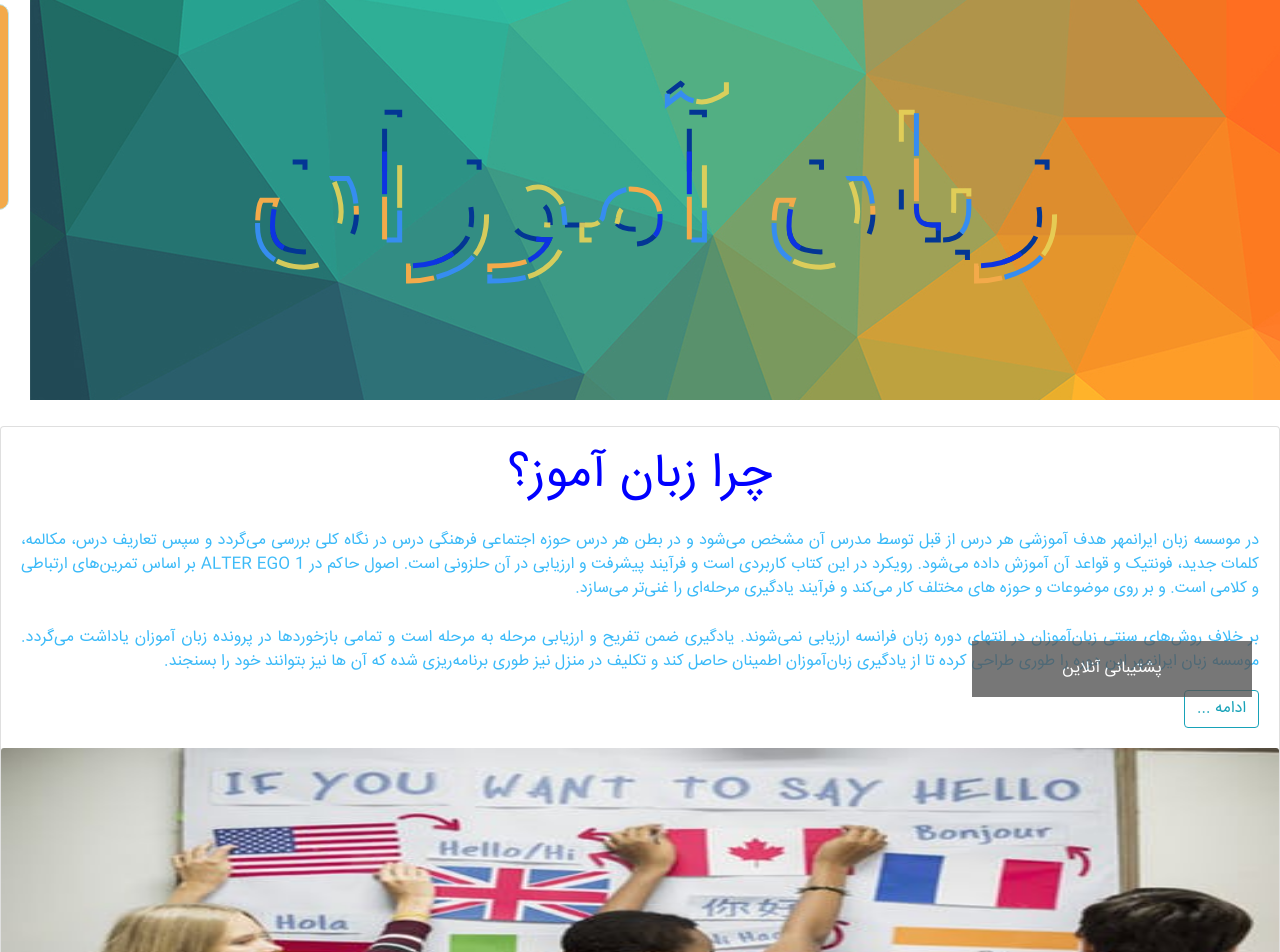
Repository: nikmahla/ZabanAmozan
Page: LanguageWebSite.html
An editor plug-in stored every save of this project. The page is shown before and after the next save, followed by the edit.
The browser window is 1280 px wide. The pictures show the part of the page from y = 0 to 952 px (the page is 3961 px tall).
A picture or video elsewhere on the page could not be fetched, so the positions and the page height are approximate.

Above is the page before, as saved 2019-10-11 22:44:37.

### LanguageWebSite.html
<html lang="en">

<head>
    <meta charset="UTF-8">
    <meta name="viewport" content="width=device-width, initial-scale=1.0">
    <meta http-equiv="X-UA-Compatible" content="ie=edge">
    <link rel="stylesheet" href="css/bootstrap.css">
    <link rel="stylesheet" href="css/stylesheet.css">
    <link rel="shortcut icon" href="images/fav.jpg" title="favicon">
    <script src="jquery.min.js"></script>
    <title>Learn New Language</title>
</head>

<body class="container-fluid">

    <div class="row bg-image">
        <svg viewBox="0 0 960 300">
            <symbol id="s-text">
                <text text-anchor="middle" x="50%" y="80%"> زبان آموزان</text>
            </symbol>

            <g class="g-ants">
                <use xlink:href="#s-text" class="text-copy"></use>
                <use xlink:href="#s-text" class="text-copy"></use>
                <use xlink:href="#s-text" class="text-copy"></use>
                <use xlink:href="#s-text" class="text-copy"></use>
                <use xlink:href="#s-text" class="text-copy"></use>
            </g>
        </svg>
    </div>

    <div id="alert" class="alert alert-info p-1 m-1">
        <p class="text-center">به سایت زبان‌آموزان خوش آمدید...</p>
    </div>

    <div class="row">
        <div class="card  " style="margin-top: 2%">
            <div class="card-body">
                <h5 class="card-title card-title-me"> چرا زبان آموز؟ </h5>
                <p class="card-body-me">در موسسه زبان ایرانمهر هدف آموزشی هر درس از قبل توسط مدرس آن مشخص می‌شود و در
                    بطن هر
                    درس حوزه اجتماعی فرهنگی درس در نگاه کلی بررسی می‌گردد و سپس تعاریف درس، مکالمه، کلمات جدید، فونتیک و
                    قواعد آن آموزش داده می‌شود. رویکرد در این کتاب کاربردی است و فرآیند پیشرفت و ارزیابی در آن حلزونی
                    است.
                    اصول حاکم در ALTER EGO 1 بر اساس تمرین‌های ارتباطی و کلامی است. و بر روی موضوعات و حوزه های مختلف
                    کار
                    می‌کند و فرآیند یادگیری مرحله‌‌ای را غنی‌تر می‌سازد.</p>
                <p class="card-body-me">
                    بر خلاف روش‌های سنتی زبان‌آموزان در انتهای دوره زبان فرانسه ارزیابی نمی‌شوند. یادگیری ضمن تفریح و
                    ارزیابی مرحله به مرحله است و تمامی بازخوردها در پرونده زبان آموزان یاداشت می‌گردد. موسسه زبان
                    ایرانمهر
                    این دوره را طوری طراحی کرده تا از یادگیری زبان‌آموزان اطمینان حاصل کند و تکلیف در منزل نیز طوری
                    برنامه‌ریزی شده که آن ها نیز بتوانند خود را بسنجند.
                </p>
                <button type="button" class="btn btn-outline-info">ادامه ...</button>

            </div>
            <img src="./images/fl031.jpg" class="card-img-top card-img" alt="">
        </div>
    </div>


    <div class="row ">
        <div class="col-md-6">
            <div class="videoplay ">
                <video class="img-fluid" autoplay="" loop="" playsinline="" muted="">
                    <source type="video/mp4" src="images/class03.mp4">
                </video>
            </div>
        </div>
        <div class="col-md-6 ">
            <h3 class="text-class">
                1.زمان مد نظرتو انتخاب کن
            </h3>
        </div>
    </div>

    <div class="row ">
        <div class="col-md-6 ">
            <h3 class="text-class">
                2.کلاستو انتخاب کن
            </h3>
        </div>
        <div class="col-md-6">
            <div class="videoplay ">
                <video class="img-fluid" autoplay="" loop="" playsinline="" muted="">
                    <source type="video/mp4" src="images/class031.mp4">
                </video>
            </div>
        </div>
    </div>

    <div class="row ">
        <div class="col-md-6">
            <div class="videoplay ">
                <video class="img-fluid" autoplay="" loop="" playsinline="" muted="">
                    <source type="video/mp4" src="images/class033.mp4">
                </video>
            </div>
        </div>
        <div class="col-md-6 ">
            <h3 class="text-class">
                3. برو کلاس
            </h3>
        </div>
    </div>

    <div class="row" style="margin-top:2% ">
        <div class="card card-box" style="width:30%">
            <img class="card-img-top" src="./images/cl8.jpg" alt="Card image">
            <div class="card-body">
                <h4 class="card-title">دوره های آموزش زبان فرانسه متوسطه بزرگسالان</h4>
                <p class="card-text">دوره های فشرده نیمه گروهی ( 6 تا 8 نفره )</p>
                <a href="#" class="btn btn-primary">مشاهده</a>
            </div>
        </div>

        <div class="card card-box" style="width:30%">
            <img class="card-img-top" src="./images/cl9.jpg" alt="Card image">
            <div class="card-body">
                <h4 class="card-title">دوره آموزش زبان فرانسه پیش متوسطه کودکان</h4>
                <p class="card-text">دوره زبان فرانسه پیش متوسطه کودکان (+A2)</p>
                <a href="#" class="btn btn-primary">مشاهده</a>
            </div>
        </div>

        <div class="card card-box" style="width:30%">
            <img class="card-img-top" src="./images/cl10.jpg" alt="Card image">
            <div class="card-body">
                <h4 class="card-title">دوره زبان فرانسه پیشرفته بزرگسالان</h4>
                <p class="card-text">دوره زبان فرانسه پیش متوسطه</p>
                <a href="#" class="btn btn-primary">مشاهده</a>
            </div>
        </div>
    </div>



    <div class="row bg">
        <h3 class="h1-list" data-shadow='dang!'>کلاسهای پاییز</h3>
    </div>



    <table class="table table-hover table-me">
        <thead>
            <tr>
                <th scope="col">#</th>
                <th scope="col">روزهای هفته</th>
                <th scope="col">کلاس</th>
                <th scope="col">استاد</th>
                <th> انتخاب</th>
            </tr>
        </thead>
        <tbody>
            <tr>
                <th scope="row">1</th>
                <td>شنبه</td>
                <td>زبان فرانسه</td>
                <td>دکتر رضایی</td>
                <td>
                    <button type="button" class="btn btn-outline-warning">مشاهده</button>
                </td>


            </tr>
            <tr>
                <th scope="row">2</th>
                <td>یکشنبه</td>
                <td>زبان فرانسه</td>
                <td>دکتر رضایی</td>
                <td>
                    <button type="button" class="btn btn-outline-warning">مشاهده</button>
                </td>

            </tr>
            <tr>
                <th scope="row">3</th>
                <td>دوشنبه</td>
                <td>زبان فرانسه</td>
                <td>دکتر رضایی</td>
                <td>
                    <button type="button" class="btn btn-outline-warning">مشاهده</button>
                </td>

            </tr>
            <tr>
                <th scope="row">4</th>
                <td>سه شنبه</td>
                <td>زبان فرانسه</td>
                <td>دکتر رضایی</td>
                <td>
                    <button type="button" class="btn btn-outline-warning">مشاهده</button>
                </td>
            </tr>
            <tr>
                <th scope="row">5</th>
                <td>چهارشنبه</td>
                <td>زبان فرانسه</td>
                <td>دکتر رضایی</td>
                <td>
                    <button type="button" class="btn btn-outline-warning">مشاهده</button>
                </td>
            </tr>
            <tr>
                <th scope="row">6</th>
                <td>پنجشنبه</td>
                <td>زبان فرانسه</td>
                <td>دکتر رضایی</td>
                <td>
                    <button type="button" class="btn btn-outline-warning">مشاهده</button>
                </td>

            </tr>
            <tr>
                <th scope="row">7</th>
                <td>جمعه</td>
                <td>زبان فرانسه</td>
                <td>دکتر رضایی</td>
                <td>
                    <button type="button" class="btn btn-outline-warning">مشاهده</button>
                </td>

            </tr>
        </tbody>
    </table>


    <button class="open-button" onclick="openForm()">پشتیبانی آنلاین</button>

    <div class="chat-popup" id="myForm">
        <form action="/action_page.php" class="form-container">
            <h5 class="text-right"> پشتیبانی زبان‌آموزان </h5>

            <label for="msg"><b> در خدمت شماست:</b></label>
            <textarea placeholder="متن ارسالی ..." name="msg" required></textarea>

            <button type="submit" class="btn">ارسال</button>
            <button type="button" class="btn cancel" onclick="closeForm()">بستن</button>
        </form>
    </div>



    <footer class="footer container-fluid">
        <div class="footer-middle">
            <div class="">
                <div class="row">
                    <div class="col-md-6 col-sm-6  ">

                        <div class="footer-pad">
                            <h4>راه های ارتباطی</h4>
                            <ul class="list-unstyled">
                                <li><a href="#"></a></li>
                                <li><a href="#">شماره تماس</a></li>
                                <li><a href="#">مشاوره حضوری</a></li>
                                <li><a href="#">ادرس ایمیل</a></li>
                                <li><a href="#">شبکه اجتماعی</a></li>

                            </ul>
                        </div>
                    </div>


                    <div class="col-md-6 col-sm-6 ">

                        <div class="footer-pad">
                            <h4> خواندیها برای شما</h4>
                            <ul class="list-unstyled">
                                <li><a href="#"> معرفی دیشکنری </a></li>
                                <li><a href="#">معرفی فیلم</a></li>
                                <li><a href="#">معرفی نرم افزار</a></li>
                                <li><a href="#">معرفی داستان</a></li>
                                <li><a href="#">معرفی سایت</a></li>
                                <li>
                                    <a href="#"></a>
                                </li>
                            </ul>
                        </div>
                    </div>

                </div>
                <div class="row">
                    <div class="col-md-12 copy">
                        <p class="text-center">&copy; حقوق مادی و معنوی سایت محفوظ است.</p>
                    </div>
                </div>


            </div>
        </div>
    </footer>

    <script>
        function openForm() {
            document.getElementById("myForm").style.display = "block";
        }

        function closeForm() {
            document.getElementById("myForm").style.display = "none";
        }
        $(document).ready(function () {
            setTimeout(function () {
                $('#alert').slideDown('slow');

                var alert = $('#alert');
                alert.animate({ fontSize: '2.5em' , right: '99%',  }, "slow");
                alert.animate({ right: '99%' }, "slow");
            }, 2000);
        })

    </script>

</body>

</html>

### css/stylesheet.css
@font-face {
    font-family: 'iransans';
    src: url('../fonts/iransans_medium.woff2') format('woff2');
    font-weight: bold;
}

@font-face {
    font-family: 'iransans';
    src: url('../fonts/iransans_regular.woff2') format('woff2');
    font-weight: normal;
}

@font-face {
    font-family: 'iransans';
    src: url('../fonts/iransans_ultralight.woff2') format('woff2');
    font-weight: 200;
}

body {
    direction: rtl;
    text-align: right;
    margin: 0;
    font-family: 'iransans', tahoma;
}

* {
    box-sizing: border-box;
}

.videoplay {
    margin-top: 20%;
    min-width: 100%;
    min-height: 100%;
}

.text-class {
    margin-top: 45% !important;
    text-align: center;
    color: #3bbaf8
}

.bg-image {
    background-image: url('../images/bgh.png');
    height: 25rem;
    width: 100%;
}

.header-text {
    background: #8383e2;
}

.card-text {
    text-align: center;
    color: #115374;
    margin-top: 2%;
}

.card-btn {
    margin-top: 2%;
    color: blue;
}

.card-box {
    margin: 1%;
    padding: 1%;
    text-align: center;
}

.card-title-me {
    text-align: center;
    color: blue;
    font-size: 3rem;
}

.card-body-me {
    color: #3bbaf8;
    margin-top: 2%;
    text-align: justify;
}

.card-img {
    height: 25rem;
}

svg {
    display: block;
    font: 10.5em 'Montserrat';
    width: 960px;
    height: 300px;
    margin: 0 auto;
}

.text-copy {
    fill: none;
    stroke: white;
    stroke-dasharray: 6% 29%;
    stroke-width: 5px;
    stroke-dashoffset: 0%;
    animation: stroke-offset 5.5s infinite linear;
}

.text-copy:nth-child(1) {
    stroke: rgb(3, 54, 148);
    animation-delay: -1;
}

.text-copy:nth-child(2) {
    stroke: #e7d258e7;
    animation-delay: -2s;
}

.text-copy:nth-child(3) {
    stroke: rgb(54, 141, 240);
    animation-delay: -3s;
}

.text-copy:nth-child(4) {
    stroke: rgb(243, 170, 74);
    animation-delay: -4s;
}

.text-copy:nth-child(5) {
    stroke: rgb(13, 52, 226);
    animation-delay: -5s;
}

@keyframes stroke-offset {
    100% {
        stroke-dashoffset: -35%;
    }
}

.bg {
    margin: 2rem 0 2rem 0;
    text-align: center;
    background-color: rgba(243, 93, 33, 0.849);
}

.h1-list {
    margin-right: 20%;
    display: inline-block;
    color: white;
    font-size: 9em;
    text-shadow: .03em .03em 0 rgb(235, 71, 6);
}

.table-me {
    margin: 1rem 0 1rem 0;
    overflow: hidden;
}

.bt-me {
    color: orangered;
}

footer {
    width: 100%;
    background: #16222A;
    background: -webkit-linear-gradient(59deg, #3A6073, #16222A);
    background: linear-gradient(59deg, #3A6073, #16222A);
    color: white;
    margin-top: 100px;
    text-align: center;
}

footer a {
    color: #fff;
    font-size: 14px;
    transition-duration: 0.2s;
    display: inline-block;
}

footer a:hover {
    color: #FA944B;
    text-decoration: none;
}

.copy {
    font-size: 12px;
    padding: 10px;
    border-top: 1px solid #FFFFFF;
}

.footer-middle {
    padding-top: 2em;
    color: white;
}

.open-button {
    background-color: #555;
    color: white;
    padding: 16px 20px;
    border: none;
    cursor: pointer;
    opacity: 0.8;
    position: fixed;
    bottom: 23px;
    right: 28px;
    width: 280px;
}

/* The popup chat - hidden by default */

.chat-popup {
    display: none;
    position: fixed;
    bottom: 0;
    right: 15px;
    border: 3px solid #f1f1f1;
    z-index: 9;
}

/* Add styles to the form container */

.form-container {
    max-width: 300px;
    padding: 10px;
    background-color: white;
}

/* Full-width textarea */

.form-container textarea {
    width: 100%;
    padding: 15px;
    margin: 5px 0 22px 0;
    border: none;
    background: #f1f1f1;
    resize: none;
    min-height: 200px;
}

/* When the textarea gets focus, do something */

.form-container textarea:focus {
    background-color: #ddd;
    outline: none;
}

/* Set a style for the submit/send button */

.form-container .btn {
    background-color: #4CAF50;
    color: white;
    padding: 16px 20px;
    border: none;
    cursor: pointer;
    width: 100%;
    margin-bottom: 10px;
    opacity: 0.8;
}

/* Add a red background color to the cancel button */

.form-container .cancel {
    background-color: red;
}

/* Add some hover effects to buttons */

.form-container .btn:hover, .open-button:hover {
    opacity: 1;
}

#alert {
    position: fixed;
    top: 0;
    right: 0;
    width: 20%;
    display: none;
    background-color: rgb(243, 170, 74);
    border-radius: 10px;
}

Loaded but not shown: css/bootstrap.css (library); node_modules/jquery/dist/jquery.min.js (library)

After the next save:
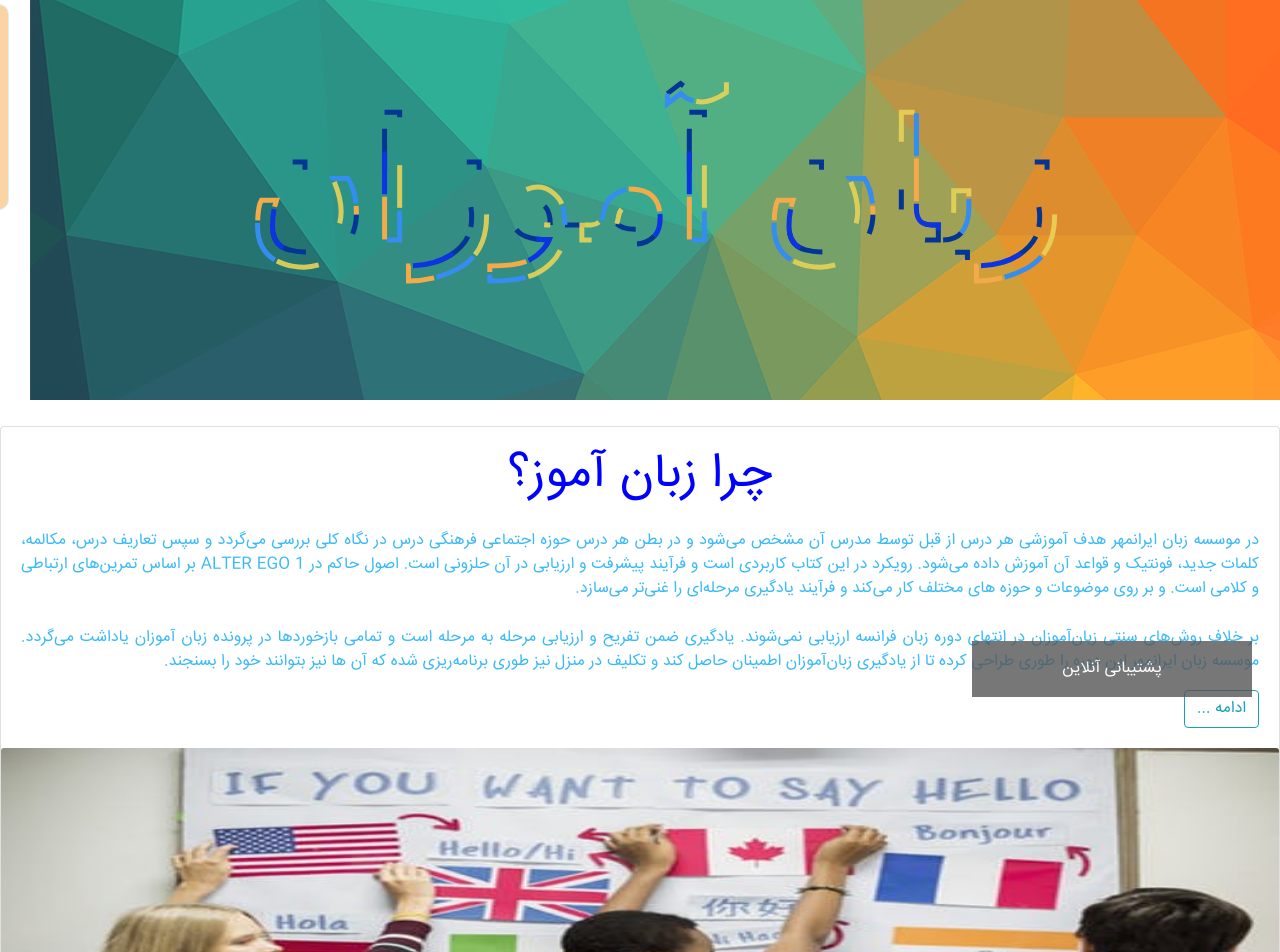
Saved 9 s later.
--- a/LanguageWebSite.html
+++ b/LanguageWebSite.html
@@ -304,7 +304,7 @@
                 $('#alert').slideDown('slow');
 
                 var alert = $('#alert');
-                alert.animate({ fontSize: '2.5em' , right: '99%',  }, "slow");
+                alert.animate({ fontSize: '2.5em' , right: '99%',opacity: '0.5'  }, "slow");
                 alert.animate({ right: '99%' }, "slow");
             }, 2000);
         })
